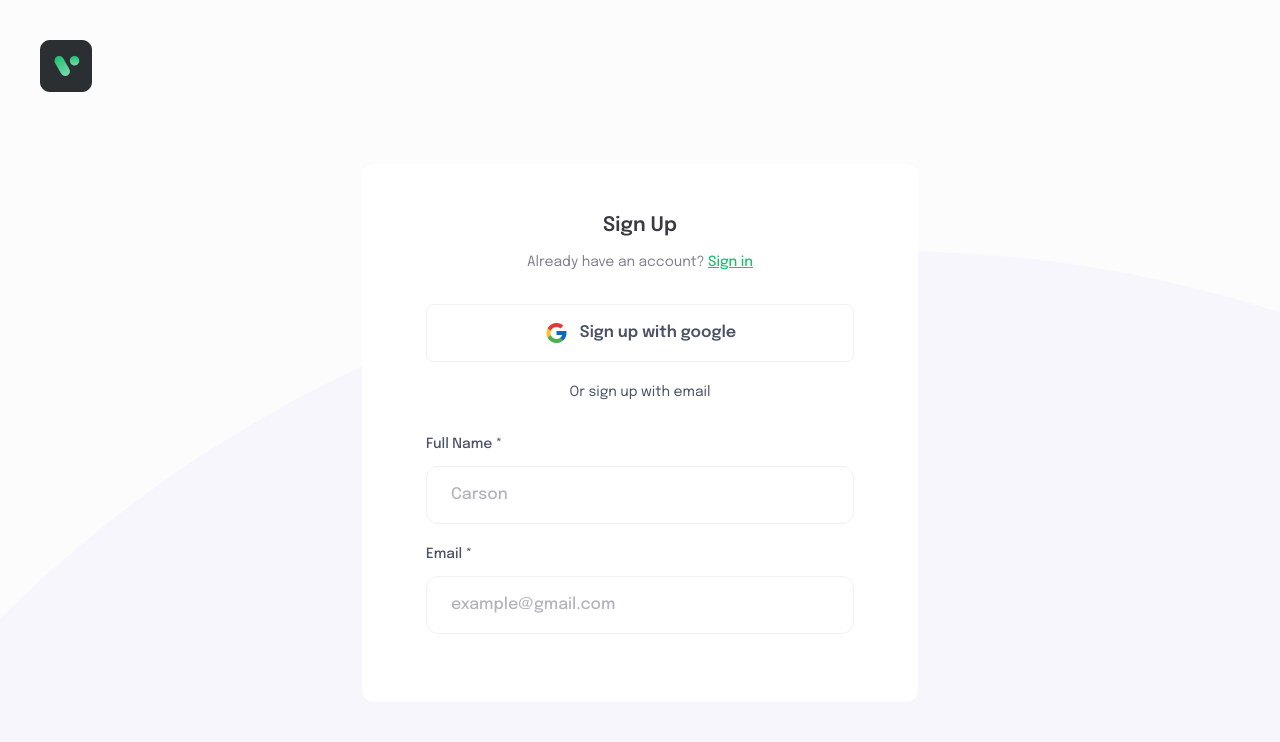
Repository: CarsonDev1/Crowfunding
Page: /sign-up
An editor plug-in stored every save of this project. The page is shown before and after the next save, followed by the edit.
The browser window is 1280 px wide. The pictures show the whole page.
The project was rebuilt for these pictures with package versions that can differ from the ones it lists, and the page was loaded fresh each time. Also part of the build but not shown: src/components/common/ErrorComponent.jsx, src/pages/SignIn.jsx.

Above is the page before, as saved 2023-04-07 11:20:48.

After the next save:
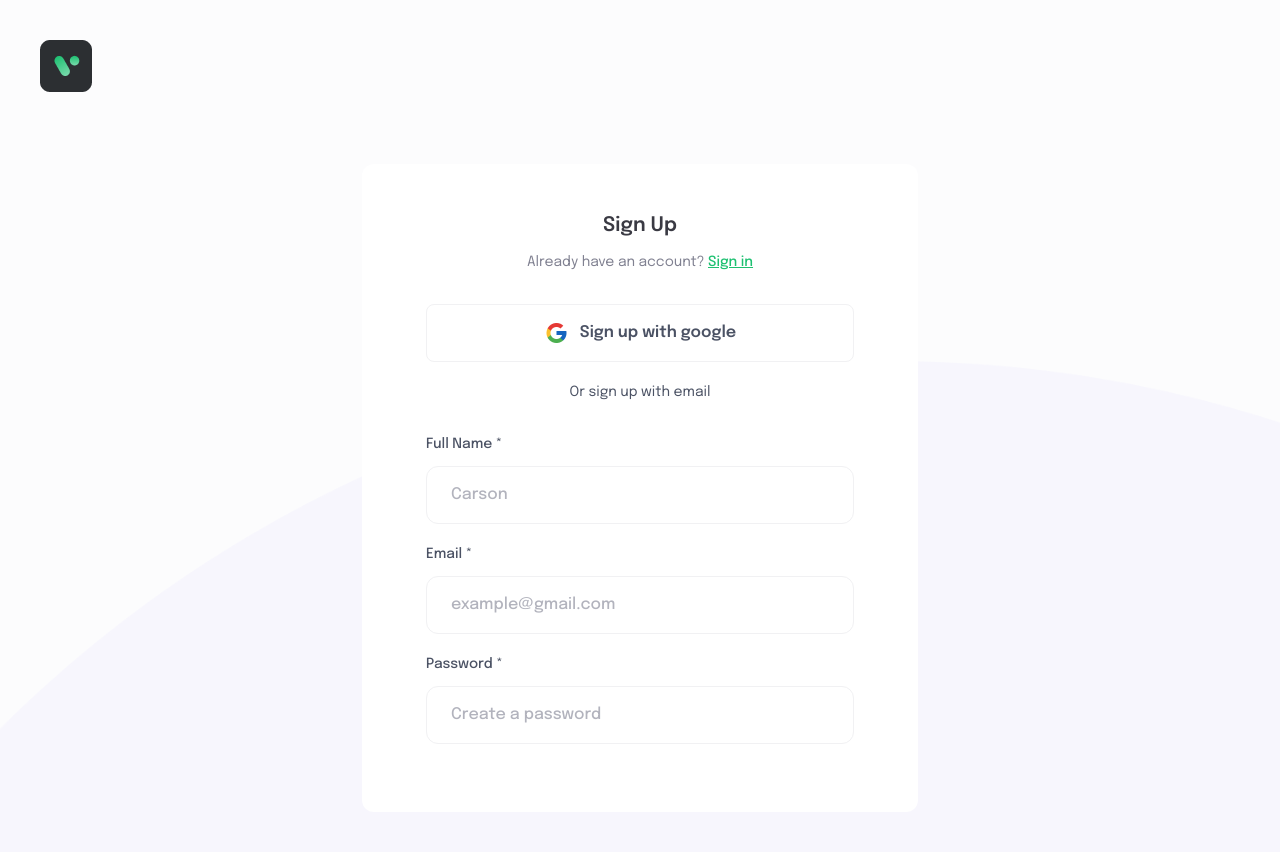
Saved 82 s later.
--- a/src/pages/SignUp.jsx
+++ b/src/pages/SignUp.jsx
@@ -35,6 +35,10 @@ function SignUp() {
 					<Label htmlFor="email">Email *</Label>
 					<Input placeholder="example@gmail.com" type="email" control={control} name="email" />
 				</FormGroup>
+				<FormGroup>
+					<Label htmlFor="password">Password *</Label>
+					<Input placeholder="Create a password" type="password" control={control} name="password" />
+				</FormGroup>
 			</form>
 		</LayoutAuthentication>
 	);
